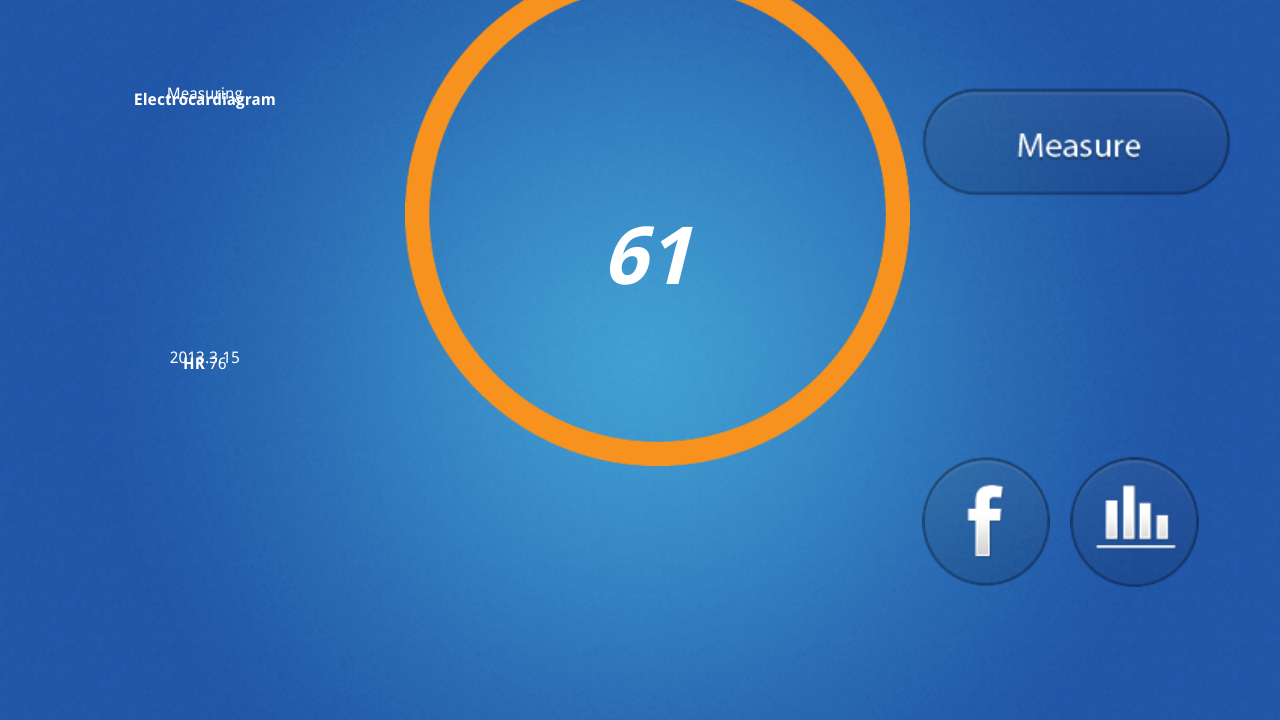
Repository: chouwill79131/IEcontest
Page: BluetoothChat/assets/complete.html
These files come from the project's save history. The page is drawn as it stood at one moment and after the next save; the edit follows.
The browser window is 1280 px wide. The pictures show the whole page.

Above is the page before, as saved 2013-03-08 18:14:52.
Console error: TypeError: Cannot set properties of null (setting 'innerHTML')

### BluetoothChat/assets/complete.html
<html>
  <head>
    <meta http-equiv="Content-Type" content="text/html; charset=utf-8"/>
    <link href="complete.css" rel="stylesheet"/>
    <script src="jquery.js"></script>
    <script src="highcharts.js"></script>
    <script src="delay.js"></script>
    <script src="main.js"></script>
  </head>
  <body>
    <div id="main" >
    	<div class="left">
			<div class="text">
				<div class="word">Electrocardiagram</div><br />
				<div class="subword">Measuring</div><br />

				<div class="hr">HR <span id="hr">76</span></div><br />
				<div class="date">2013.3.15</div>
			</div>

		</div>

		<div class="mid">
			<div class="score">61</div>
			<img class="circle" src="button/circle.png" />
		</div>

		<div class="right">
			<button class="measure"><img src="button/Measure.png" /></button><br />
			<button class="share" ><img src="button/Share.png" /></button>
			<button class="record"><img src="button/Record.png" /></button>
		</div>




	</div>
  </body>
</html>

### BluetoothChat/assets/complete.css
@font-face {
    font-family: droidsans;
    src: url(fonts/droidsans.ttf);
}

@font-face {
    font-family: DroidSans-Bold;
    src: url(fonts/DroidSans-Bold.ttf);
}

body { margin:0; padding:0;}
#main { width: auto; height: 100%; background-image: url(button/background.png); background-size: 100% 100%; }
.left, .mid, .right {float: left; height: 100%; }


.left {  width: 28%; padding-left:2%;}
.text, .hr , .date{ text-align: center; color:white;}
.word { margin-top: 25%;  font-family: DroidSans-Bold ; }
.subword, .date { margin-top:-12%; font-family: droidsans ;}
.hr {  margin-top: 65%;  font-family: DroidSans-Bold ;}
.date { font-family: droidsans ;}
#hr { font-family: droidsans ;}

.mid { width: 41%; }
.circle { width: auto; height:70%; margin-left: 4%; }
.score { color:white ; z-index: 1; text-align:center; margin-top:40% ; font-family: DroidSans-Bold;font-style: italic; ;font-size: 60pt;}
.circle { margin-left:4% ; margin-top: -65%; z-index: 2; }

.right { width: 29%; }
.right button { float: left; border: none; background: transparent; }
.measure img {margin-top: 10%; width: auto;  height:15%; }
.share img, .record img { width: auto;  height:18%; }
.measure { margin-left: 2%; margin-top: 15%; }
.share, .record { background: red;margin-top: 70%; margin-left: 2%; }


<!--
border? font? .record_top
-->

### BluetoothChat/assets/delay.js

$(function(){
setTimeout(function(){
$.getScript("dy_chart.js");
},200)
})

### BluetoothChat/assets/main.js
var chart;
var step = 0.01;	//step0.008每秒125點	//0.005極限
var xstart = step;
var hr = "--";
var score = "--";
var index;
$(document).ready(function ready() {

    var s = "";
    var theDate = new Date();
    s += theDate.getYear()+1900 + ".";                //  年
    s += (theDate.getMonth() + 1) + ".";				// 月
    s += theDate.getDate(); 							// 日
    document.getElementById("date").innerHTML = s;
    index = document.getElementById("main").innerHTML; //保留首頁

    $(".measure").live("click", function() {
      measure();
    }); //click .measure


}); //(document).ready

function shared(){
	view1 = document.getElementById("rhythm").innerHTML;
	document.getElementById("rhythm").innerHTML = view1+'<img class="stop" src="button/complete.png" style="width:100%; margin-top: -50% ;z-index:5;position: relative;" />';
	$("#main").live("click", function() {
      document.getElementById("rhythm").innerHTML = view1;
    });
}

function complete(hr1,score1){
  hr = hr1;
  score = score1;
  view = document.getElementById("dy_chart").innerHTML;
  document.getElementById("dy_chart").innerHTML = view+'<img class="stop" src="button/Completed.png" style="width:50%; margin: -20% 0% 0% 25%; z-index:2;position: relative;" />';
  $(".stop").html('<img src="button/Continue.png" />');
}

function addSomething(a) {
  for (var i in a){
    chart.series[0].addPoint([xstart,a[i]],false,true);
    xstart += step;
  }
  chart.redraw();
}

function history(history){
	view2 = document.getElementById("main").innerHTML;
    $("#main").html(
    '<div class="main1">'+
	'<div class="contain">'+
	'<div id="dy_chart" style="z-index:1;position: relative;"></div>'+
	'</div>'+
	'<div id="foot">'+
	'<button class="stop">'+
	'<img src="button/Back.png" />'+
	'</button>'+
	'</div>'+
    '</div>'
    );

    Highcharts.setOptions({
      global: {
	useUTC: true
      }
    });

    hischart = new Highcharts.Chart({
      chart: {
		renderTo: 'dy_chart',
		backgroundColor: 'transparent',
		type: 'line',
      },
      title: {
		style:{ color: '#FFFFFF'},
		text: 'Measure history',
      },
      credits: {			// highchart.com
		enabled:false
      },
      legend: {  			// 線的標示
        enabled: false
      },
      xAxis: {
      	type: 'datetime',
		dateTimeLabelFormats: { // don't display the dummy year
	  		month: '%e. %b',
	  		year: '%b'
		},
		lineColor: '#FFFFFF',
		labels: {
	  		style: {
				color: '#FFFFFF',
			}
		}
	  },
	  yAxis: {
	    title: {text: 'Feeling',
	    			style: {
						color: '#FFFFFF',
					}
				},
	  	gridLineColor: '#FFFFFF',
	  	labels: {
	  		style: {
				color: '#FFFFFF',
			}
		}
	  },
	  plotOptions: {
                line: {
                    dataLabels: {
                        enabled: true,
                        color: '#FFFFFF',
                    },
                    enableMouseTracking: true,
                }
      },
	series: [{
	  name: 'measure history',
	  color: '#FFFFFF',
	  data: history
	}],
    });

    $(".stop").live("click", function(){
 //     hr = "--";
      $(".main1").html(view2);
 //     document.getElementById("hr").innerHTML = hr;
    });
};// .record click

function measure(){
	xstart = 0.01;
	$("#main").html('<div class="main1">'+
		'<div class="contain">'+
		'<div id="dy_chart" style="z-index:1;position: relative;"></div>'+
		'</div>'+
		'<div id="foot">'+
		'<button class="stop" onclick="window.MyHandler.disconnect()">'+
		'<img src="button/Stop.png" />'+
		'</button>'+
		'</div>'+
      	'</div>');
    Highcharts.setOptions({
      global: {useUTC: true }
    });
    chart = new Highcharts.Chart({
      chart: {
		renderTo: 'dy_chart',
		backgroundColor: 'transparent',
		type: 'spline',
		marginRight: 10,
      },
      credits: {enabled:false},
      title: {
		style:{ color: '#FFFFFF'},
		text: 'Electrondiagram',
      },
      xAxis: {
		type: 'x Axis',
		style:{ color: '#FFFFFF'},
		tickPixelInterval: 100,
		lineColor: '#FFFFFF',
		labels: {style: {color: '#FFFFFF'}},
      },
      yAxis: {
      	title: {
      		text: 'Score',
      		style: {color: '#FFFFFF'}},
	  		gridLineColor: '#FFFFFF',
	  		labels: {style: {color: '#FFFFFF'}},
			//max:1500,
			//min:0,
			title: {
	  			style:{ color: '#FFFFFF'},
	  			text: 'PPG'
	  		},
			plotLines: [{value: 0,width: 1}]
      	},
      	legend: {enabled: false},
      	exporting: {enabled: false},
      	plotOptions: {
			spline: {
	  			lineWidth: 1,
	  			states: {
	    			hover: {
	      				enabled: false,
	      				lineWidth: 2
	    			}
	  			},
	  		marker: {
	    		enabled: false,
	    		states: {
	      			hover: {
						enabled: false,
	      			}
	    		}
	  		},
		}
      }, // yAxis
      series: [{
		name: 'Data',
		color: '#FFFFFF',
		data: (function() {
	  		var data = [];
	  		var step = 0.01;	//step0.008每秒125點	//0.005極限
			var xstart = step;
	  		for (var i = -4; i <= xstart; i+=step){data.push({x: i,y: 0 });}
	  		return data;
		})()
		}]
    }); //Highcharts

    hr = '--';
    score = '--';
    $(".stop").live("click",function() {
      $(".main1").html(index);
      document.getElementById("hr").innerHTML = hr;
      document.getElementById("rhythm").innerHTML = '<div id="score">'+score+'</div><img class="circle" src="button/circle.png" />';
    }); //click .stop
}

### BluetoothChat/assets/dy_chart.js
var chart;
var step = 0.01;	//step0.008每秒125點	//0.005極限
var xstart = step;
//a = Math.random();
var hr = 15;
var score = 80;
function complete(hr1,score1){
	hr = hr1;
	score = score1;
	view = document.getElementById("dy_chart").innerHTML;
	document.getElementById("dy_chart").innerHTML = view+'<img class="stop" src="button/60.png" style="width:50%; margin: -20% 0% 0% 25%; z-index:2;position: relative;" /><br />'+hr+',<br />'+score;
}

function addSomething(a) {
//	setInterval(function() {        			 // for testing feq
	for (var i in a){
		chart.series[0].addPoint([xstart,a[i]],false,true);
		xstart += step;
	}

	/**
	chart.series[0].addPoint([xstart,a],false,true);
	xstart += step;
	**/

	chart.redraw();
//	}, 1000);									// for testing feq
}



$(function () {
	$(".stop").click(function() {
	$(".main1").html('  <div id="main" >'+
    	'<div class="left">'+
			'<div class="text">'+
				'<div class="word">Electrocardiagram</div><br />'+
				'<div class="subword">Measuring</div><br />'+
				'<div class="hr">HR <span id="hr"></span></div>'+
				'<div id="date"></div>'+
			'</div>'+
		'</div>'+
		'<div class="mid" id="mid">'+
			'<div class="score">84</div>'+
			'<img class="circle" src="button/circle.png" />'+
		'</div>'+
		'<div class="right">'+
			'<button class="measure"><img src="button/Measure.png" /></button><br />'+
			'<button class="share" ><img src="button/Share.png" /></button>'+
			'<button class="record"><img src="button/Record.png" /></button>'+
		'</div>'+
	'</div>');
 // 		window.location.href = "complete.html";
	});
    $(document).ready(function() {
        Highcharts.setOptions({
            global: {
                useUTC: false
            }
        });

        chart = new Highcharts.Chart({
            chart: {
                renderTo: 'dy_chart',
                backgroundColor: 'transparent',
                type: 'spline',
                marginRight: 10,
            },
            credits: {
            enabled:false
            }
            ,
            title: {
            	style:{ color: '#FFFFFF'},
                text: 'Electrondiagram',
            },
            xAxis: {
                type: 'x Axis',
                style:{ color: '#FFFFFF'},
                tickPixelInterval: 150
            },
            yAxis: {
            	max:1500,
            	min:0,
                title: {
                	style:{ color: '#FFFFFF'},
                    text: 'Value'
                },
                plotLines: [{
                    value: 0,
                    width: 1,
                }]
            },

            legend: {
                enabled: false
            },
            exporting: {
                enabled: false
            },
	    plotOptions: {
                spline: {
                   lineWidth: 1,
                   states: {
                       hover: {
                       	enabled: false,
                        lineWidth: 2
                       }
                   },
                   marker: {
                      enabled: false,
                      states: {
                          hover: {
                             enabled: false,
                          }
                      }
                  },
               }
            },
            series: [{
                name: 'Data',
                color: '#FFFFFF',
                data: (function() {
                    // generate an array of random data
                    var data = [],
                        time = (new Date()).getTime(),i;

                    for (i = -4; i <= xstart; i+=step) {
                        data.push({
                            x: i,
                            y: 0
                        });
                    }
                    return data;
                })()
            }]
        });
    });
});

Loaded but not shown: BluetoothChat/assets/jquery.js (library); BluetoothChat/assets/highcharts.js (library)

After the next save:
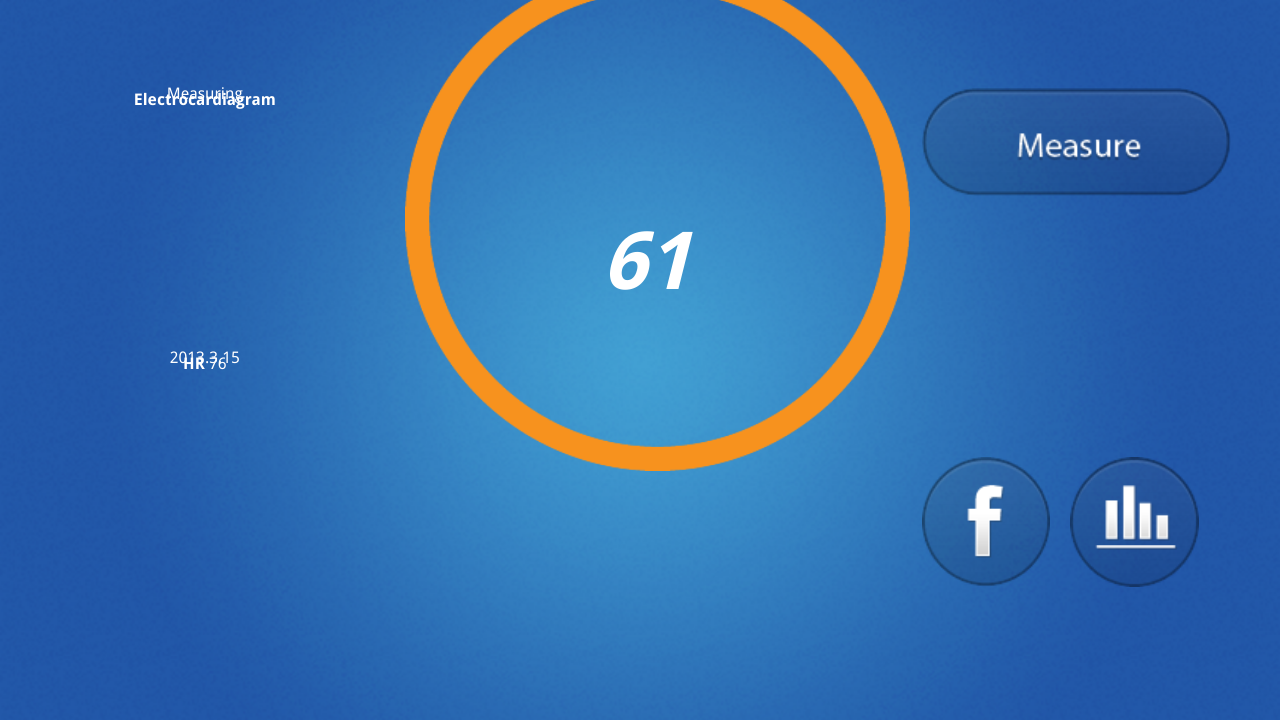
Saved 48 s later.
--- a/BluetoothChat/assets/complete.css
+++ b/BluetoothChat/assets/complete.css
@@ -23,7 +23,7 @@ body { margin:0; padding:0;}
 
 .mid { width: 41%; }
 .circle { width: auto; height:70%; margin-left: 4%; }
-.score { color:white ; z-index: 1; text-align:center; margin-top:40% ; font-family: DroidSans-Bold;font-style: italic; ;font-size: 60pt;}
+.score { color:white ; z-index: 1; text-align:center; margin-top:41% ; font-family: DroidSans-Bold;font-style: italic; ;font-size: 60pt;}
 .circle { margin-left:4% ; margin-top: -65%; z-index: 2; }
 
 .right { width: 29%; }
